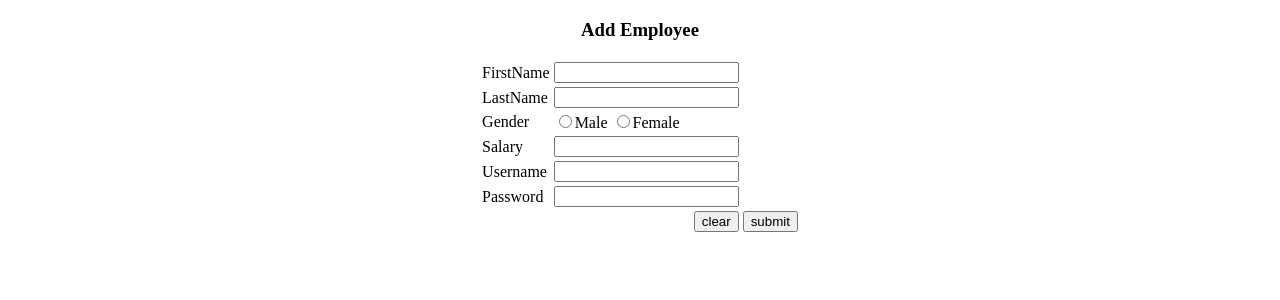
Repository: mounikrishna/java
Page: Servelts,JSP,JSTL/WebBasedApp/WebContent/registration.html
The author's editor kept a copy of each file at every save. The page is drawn from the files as they stood at one save, then again after the next save.
The browser window is 1280 px wide. The pictures show the whole page.

Above is the page before, as saved 2020-01-19 01:16:52.

### Servelts,JSP,JSTL/WebBasedApp/WebContent/registration.html
<!DOCTYPE html>
<html>
	<head>
		<meta charset="ISO-8859-1">
		<title>Registration</title>
	</head>
	<body>
		<h3 align = "center">Add Employee</h3>
		<form >
			<table align = "center">
				<tr>
					<td>FirstName</td>
					<td><input type = "text" name= "firstname"></td>
				</tr>
				<tr>
					<td>LastName</td>
					<td><input type = "text" name= "lastname"></td>
				</tr>
				<tr>
					<td>Gender</td>
					<td><input type = "radio" name= "gender" value="Male">Male
						<input type = "radio" name= "gender" value="female">Female
					</td>
				</tr>
				<tr>
					<td>Salary</td>
					<td><input type = "text" name= "salary"></td>
				</tr>
				<tr>
					<td>Username</td>
					<td><input type = "text" name= "username"></td>
				</tr>
				<tr>
					<td>Password</td>
					<td><input type = "password" name= "password"></td>
				</tr>
				<tr>
					<td colspan =2 align = "right"><input type = "reset" value= "clear"></td>
					<td><input type = "submit" value= "submit"></td>

				</tr>
			</table>
		</form>
	</body>
</html>

After the next save:
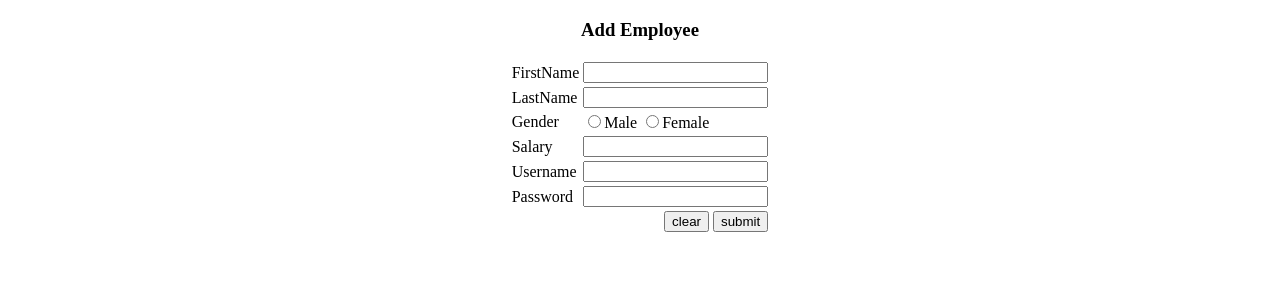
Saved 39 s later.
--- a/Servelts,JSP,JSTL/WebBasedApp/WebContent/registration.html
+++ b/Servelts,JSP,JSTL/WebBasedApp/WebContent/registration.html
@@ -35,8 +35,9 @@
 					<td><input type = "password" name= "password"></td>
 				</tr>
 				<tr>
-					<td colspan =2 align = "right"><input type = "reset" value= "clear"></td>
-					<td><input type = "submit" value= "submit"></td>
+					<td colspan =2 align = "right"><input type = "reset" value= "clear">
+													<input type = "submit" value= "submit">
+					</td>
 
 				</tr>
 			</table>
